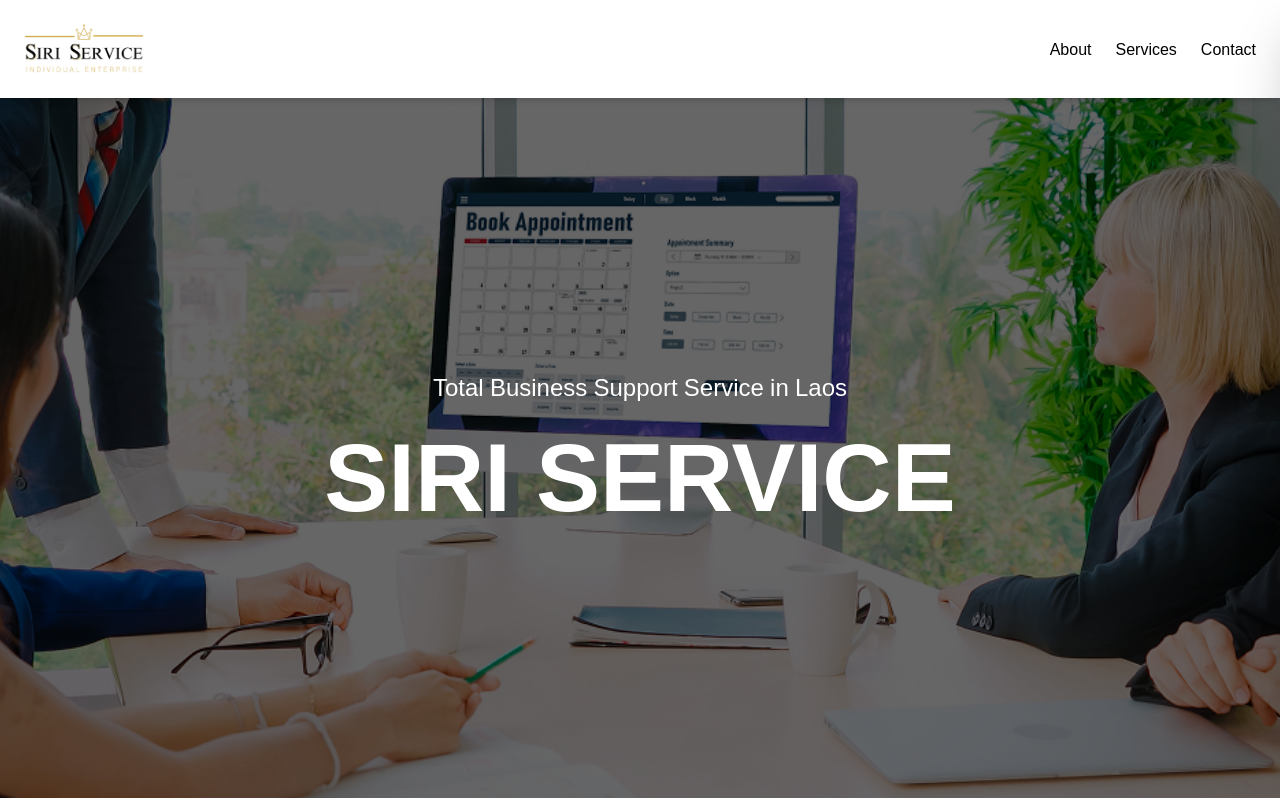
Repository: Phailin-teamplate/siri-service-web
Page: /
These files come from the project's save history. The page is drawn as it stood at one moment and after the next save; the edit follows.
The browser window is 1280 px wide. The pictures show the whole page.
The project was rebuilt for these pictures with package versions that can differ from the ones it lists, and the page was loaded fresh each time. The framework's server and built-in components were replaced by stand-ins that run in the browser. Also part of the build but not shown: next.config.ts.

Above is the page before, as saved 2025-07-02 13:58:05.

### src/app/layout.tsx
"use client";

import React, { useState, useEffect } from "react";
import { ArrowUpIcon } from "@heroicons/react/24/solid"; // Importing the arrow icon
import { Geist, Geist_Mono } from "next/font/google";
import { Inter, Noto_Sans_Lao } from "next/font/google";
import "./globals.css";
import Navbar from "@/src/components/navbar";

const inter = Inter({ subsets: ["latin"] });
const notoSansLao = Noto_Sans_Lao({ subsets: ["lao"] });

const geistSans = Geist({
  variable: "--font-geist-sans",
  subsets: ["latin"],
});
const geistMono = Geist_Mono({
  variable: "--font-geist-mono",
  subsets: ["latin"],
});

export default function RootLayout({
  children,
}: Readonly<{
  children: React.ReactNode;
}>) {
  const [isVisible, setIsVisible] = useState(false);

  // Detect scroll position and show button when scrolling down
  const handleScroll = () => {
    if (window.scrollY > 300) {
      setIsVisible(true);
    } else {
      setIsVisible(false);
    }
  };

  useEffect(() => {
    window.addEventListener("scroll", handleScroll);
    return () => {
      window.removeEventListener("scroll", handleScroll);
    };
  }, []);

  const scrollToTop = () => {
    window.scrollTo({ top: 0, behavior: "smooth" });
  };

  return (
    <html lang="en">
      <body
        className={`${geistSans.variable} ${geistMono.variable} ${inter.className}  ${notoSansLao.className} antialiased`}
      >
        <Navbar />
        {children}
        {/* <Footer /> */}

        {/* Popup Button with Icon for Scrolling to Top */}
        {isVisible && (
             <button
             onClick={scrollToTop}
             className="fixed bottom-2 right-5 md:bottom-5 md:right-10 bg-blue-500 text-white p-2 md:p-4 rounded-full shadow-lg hover:bg-blue-600 focus:outline-none transition-transform transform hover:scale-110"
           >
             {/* Heroicon Arrow Up Icon */}
             <ArrowUpIcon className="h-5 w-5 md:h-6 md:w-6" />
           </button>
        )}
      </body>
    </html>
  );
}

### src/app/page.tsx
import React from "react";
import Homepage from "@/src/components/Homepage";

export const metadata = {
  title: "About | TEAMPLATE",
  description:
    "Learn about TEAMPLATE — our story, mission, team, and values that drive our innovation.",
  keywords: ["teamplate", "about", "our story", "mission", "values", "team"],
  openGraph: {
    title: "About | TEAMPLATE",
    description:
      "Discover TEAMPLATE's story, mission, and the people behind our success.",
    url: "https://yourdomain.com/about",
    siteName: "TEAMPLATE",
    images: [
      {
        url: "https://yourdomain.com/images/about-og.jpg", // ✅ Replace with actual path
        width: 1200,
        height: 630,
        alt: "About TEAMPLATE",
      },
    ],
    locale: "en_US",
    type: "website",
  },
};

export default function Home() {
  return (
    <section className="w-full" id="about">
      <Homepage/>
    </section>
  );
}

### src/components/navbar.tsx
import { useState, useCallback, useEffect } from "react";
import Image from "next/image";
import { Menu, X } from "lucide-react";
import Logo from "@/public/logo/Siri Service.png";

export default function Navbar() {
  const [isOpen, setIsOpen] = useState(false);

  // Function for smooth scrolling
  const handleSmoothScroll = useCallback((targetId: string) => {
    setIsOpen(false); // Close the sidebar

    if (targetId === "/") {
      window.scrollTo({ top: 0, behavior: "smooth" });
    } else {
      const targetElement = document.querySelector(targetId);
      if (targetElement) {
        targetElement.scrollIntoView({ behavior: "smooth" });
      }
    }
  }, []);

  const [isScrolled, setIsScrolled] = useState(false);

  // Detect scroll to change navbar background
  useEffect(() => {
    const handleScroll = () => {
      const scrollTop = window.scrollY;
      setIsScrolled(scrollTop > 10); // Trigger when scrolled 10px
    };

    window.addEventListener("scroll", handleScroll);

    return () => window.removeEventListener("scroll", handleScroll);
  }, []);

  return (
    <div className="w-full sticky top-0 z-50 bg-white shadow-md">
      <nav className="flex items-center justify-between p-6">
        {/* Logo */}
        <button
          onClick={() => handleSmoothScroll("/")}
          className="p-0 border-none bg-transparent active:opacity-80"
        >
          <Image
            className="w-20 sm:w-20 md:w-30 lg:w-30 xl:w-30 2xl:w-30 h-auto"
            src={Logo}
            alt="Appstore"
            priority
          />
        </button>

        {/* Desktop Links */}
        <div className="hidden md:flex gap-6">
          <button
            onClick={() => handleSmoothScroll("#about")}
            className="hover:text-blue-600 hover:underline transition-colors text-black duration-200 cursor-pointer"
          >
            About
          </button>
          <button
            onClick={() => handleSmoothScroll("#services")}
            className="hover:text-blue-600 hover:underline transition-colors text-black duration-200 cursor-pointer"
          >
            Services
          </button>
          <button
            onClick={() => handleSmoothScroll("#contact")}
            className="hover:text-blue-600 hover:underline transition-colors text-black duration-200 cursor-pointer"
          >
            Contact
          </button>
        </div>

        {/* Mobile Menu Button */}
        <button
          className="md:hidden focus:outline-none"
          onClick={() => setIsOpen(!isOpen)}
          aria-label="Toggle Menu"
        >
          {isOpen ? <X size={28} /> : <Menu size={28} />}
        </button>
      </nav>

      {/* Overlay (Closes menu when clicked) */}
      {isOpen && (
        <div
          className="fixed inset-0 z-40"
          onClick={() => setIsOpen(false)}
        ></div>
      )}

      {/* Mobile Sidebar */}
      <div
        className={`fixed top-0 right-0 h-full w-64 bg-white shadow-2xl p-6 flex flex-col transition-transform ${
          isOpen ? "translate-x-0" : "translate-x-full"
        } duration-300 ease-in-out z-50`}
      >
        {/* Sidebar Header */}
        <div className="flex justify-between items-center pb-4 mt-1">
          <h3 className="text-black text-2xl font-semibold">Menu</h3>
          <button
            className="text-black text-3xl font-bold focus:outline-none"
            onClick={() => setIsOpen(false)}
            aria-label="Close Menu"
          >
            <X size={28} />
          </button>
        </div>

        {/* Sidebar Links */}
        <div className="flex flex-col items-start gap-4 pb-4">
          <button
            onClick={() => handleSmoothScroll("#about")}
            className="hover:text-blue-600 hover:underline transition-colors duration-200 cursor-pointer"
          >
            About
          </button>
          <button
            onClick={() => handleSmoothScroll("#services")}
            className="hover:text-blue-600 hover:underline transition-colors duration-200 cursor-pointer"
          >
            Services
          </button>
          <button
            onClick={() => handleSmoothScroll("#contact")}
            className="hover:text-blue-600 hover:underline transition-colors duration-200 cursor-pointer"
          >
            Contact
          </button>
        </div>
      </div>
    </div>
  );
}

### src/components/Homepage.tsx
import Image from "next/image";
import BgSiri from "@/public/bg-siri.png";
import type { Metadata } from "next";

export const metadata: Metadata = {
  title: "SiriService | About Us",
  description: "We are a Laos-based IT startup aiming for the global market.",
};

export default function Homepage() {
  return (
    <div className="flex flex-col ">
      <div className="flex justify-center">
        <div className="relative w-full h-[400px] xs:h-[600px] sm:h-[650px] md:h-[700px] lg:h-[700px]">
          {/* Background Image */}
          <Image src={BgSiri} alt="StartUp" fill className="object-cover" />

          {/* Gradient Overlay */}
          <div className="absolute inset-0 bg-black/60 z-10" />

          {/* Centered Content */}
          <div className="absolute inset-0 z-20 flex flex-col items-center justify-center text-center px-4">
            <div className="mb-4 sm:mb-6">
              <p className="text-white text-sm xs:text-base sm:text-xl md:text-2xl font-medium">
                Total Business Support Service in Laos
              </p>
            </div>
            <h1 className="text-white text-4xl xs:text-5xl sm:text-6xl md:text-7xl lg:text-8xl font-bold">
              SIRI SERVICE
            </h1>
          </div>
        </div>
      </div>


    </div>
  );
}

Loaded but not shown: src/app/globals.css (common file)

After the next save:
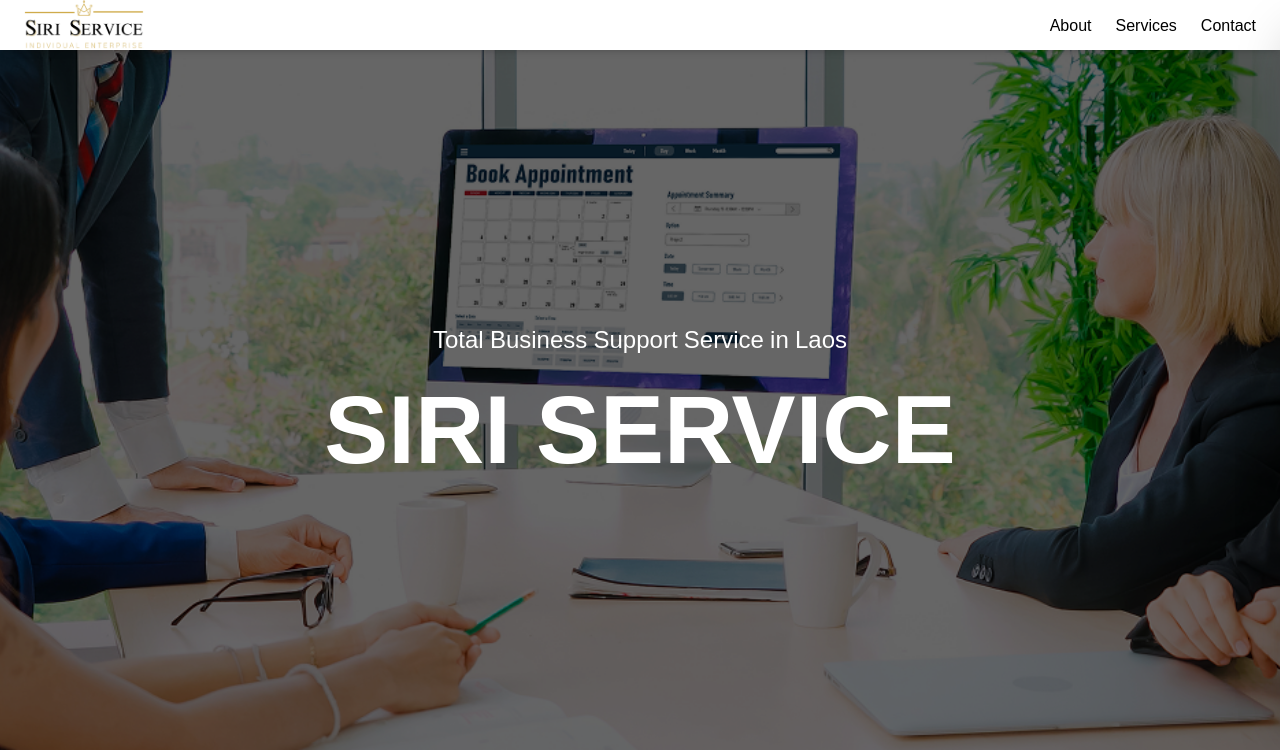
Saved 19 s later.
--- a/src/components/navbar.tsx
+++ b/src/components/navbar.tsx
@@ -36,7 +36,7 @@
 
   return (
     <div className="w-full sticky top-0 z-50 bg-white shadow-md">
-      <nav className="flex items-center justify-between p-6">
+      <nav className="flex items-center justify-between px-6">
         {/* Logo */}
         <button
           onClick={() => handleSmoothScroll("/")}
